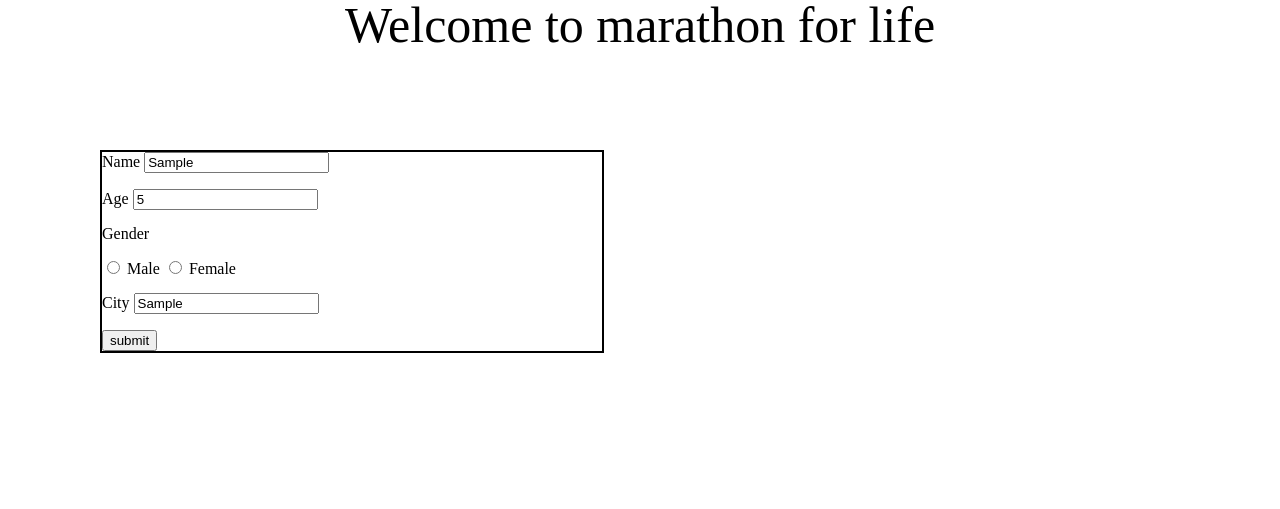
Repository: Razan-am/exam-practice
Page: marathon.html
An editor plug-in stored every save of this project. The page is shown before and after the next save, followed by the edit.
The browser window is 1280 px wide. The pictures show the whole page.
Empty fields were first filled with sample values (such as "Sample", 5 or name@example.com).
After loading, the first visible `#myForm` was submitted once.

Above is the page before, as saved 2021-05-31 14:40:36.
Console error: ReferenceError: array is not defined

After the next save:
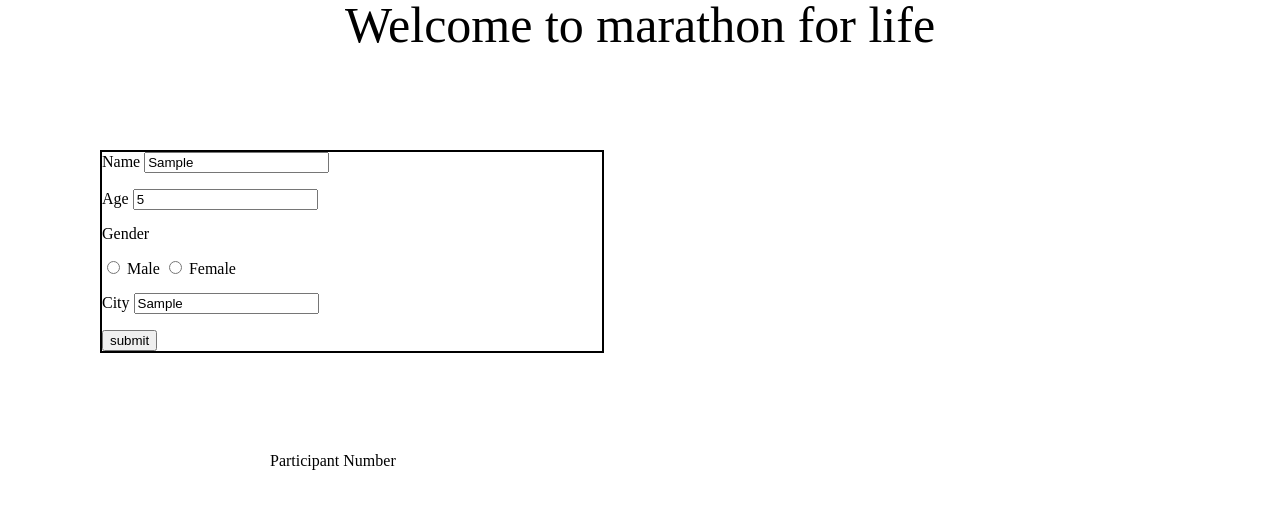
The error is gone.
Saved 17 s later.
--- a/js/marathon.js
+++ b/js/marathon.js
@@ -39,7 +39,7 @@ function render (){
     let theader = document.createElement ('th');
     tableHeader.appendChild(theader);
 
-    for (let index = 0; headerData < array.length; index++) {
+    for (let index = 0;  index< headerData.length; index++) {
         theader.textContent=`${headerData[index]}`
     }
 }
